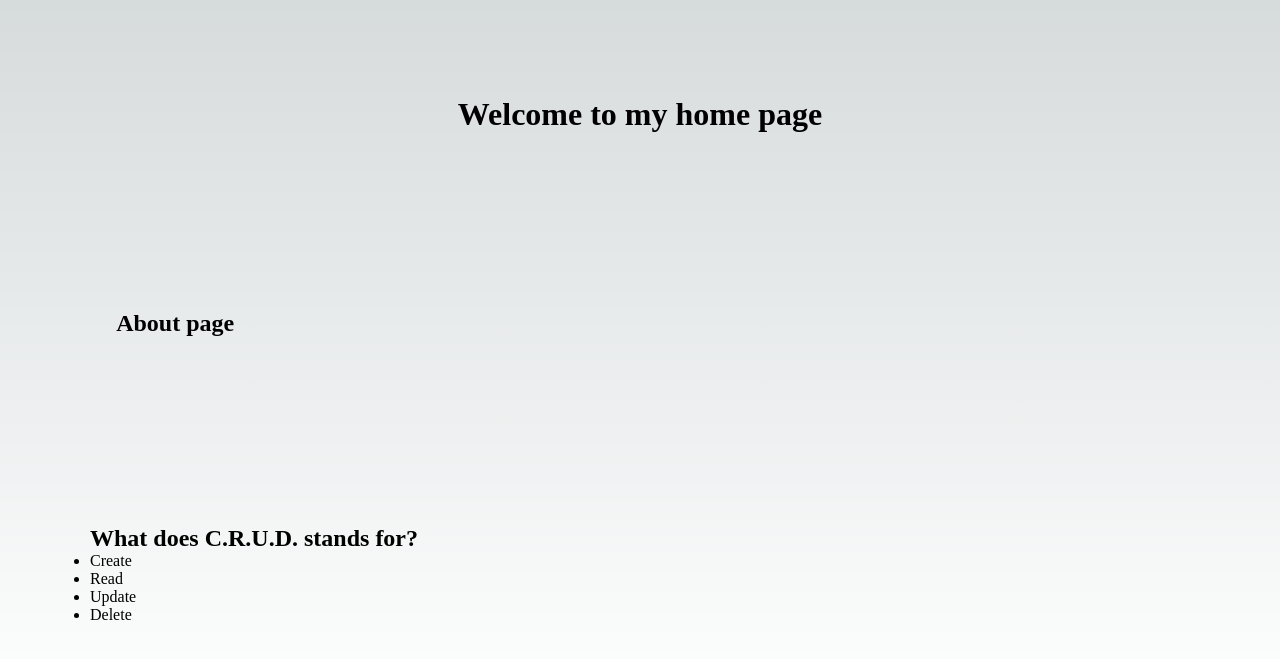
Repository: RonanKhalilOlaes/Week04
Page: /
The author's editor kept a copy of each file at every save. The page is drawn from the files as they stood at one save, then again after the next save.
The browser window is 1280 px wide. The pictures show the whole page.
The project was rebuilt for these pictures with package versions that can differ from the ones it lists, and the page was loaded fresh each time. The framework's server and built-in components were replaced by stand-ins that run in the browser. Also part of the build but not shown: next.config.js.

Above is the page before, as saved 2023-01-23 11:28:40.

After the next save:
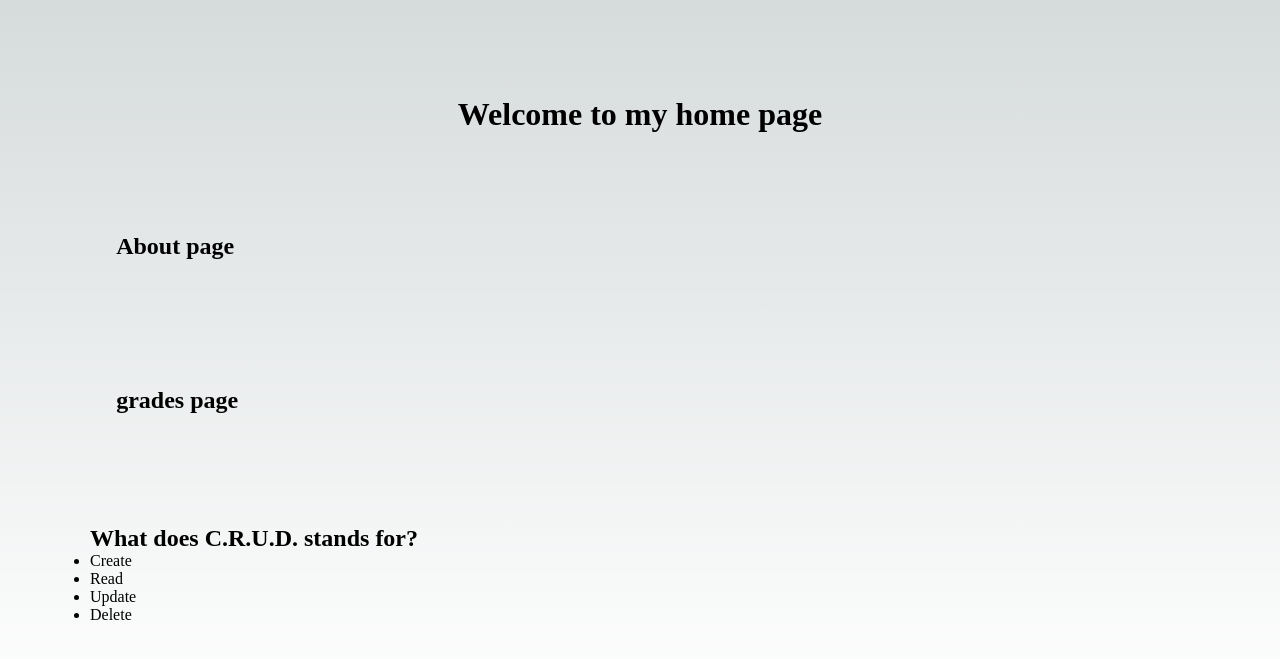
Saved 19 s later.
--- a/pages/index.js
+++ b/pages/index.js
@@ -27,6 +27,12 @@ export default function Home() {
             </Link>
             </div>
 
+            <div className={styles.grid}>
+            <Link href="/grades" className={styles.card}>
+              <h2>grades page</h2>
+            </Link>
+            </div>
+
               <div className={styles.grid_container} style={{display: "grid"}}>
                 <h2>What does C.R.U.D. stands for?</h2>
             <ul>
